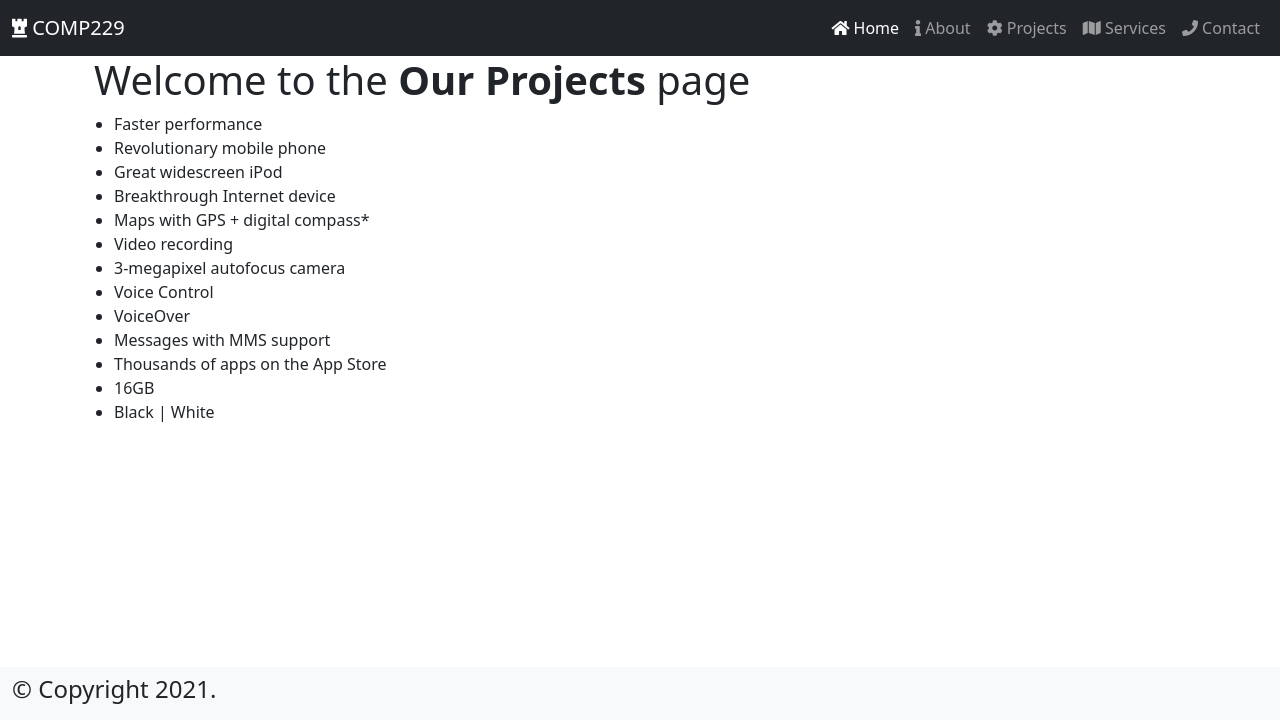
Repository: RevathyJK/Portfolio
Page: http://localhost/projects
These files come from the project's save history. The page is drawn as it stood at one moment and after the next save; the edit follows.
The browser window is 1280 px wide. The pictures show the whole page.
The page is served by the project's Node server (server.js).

Above is the page before, as saved 2021-09-27 23:08:30.

After the next save:
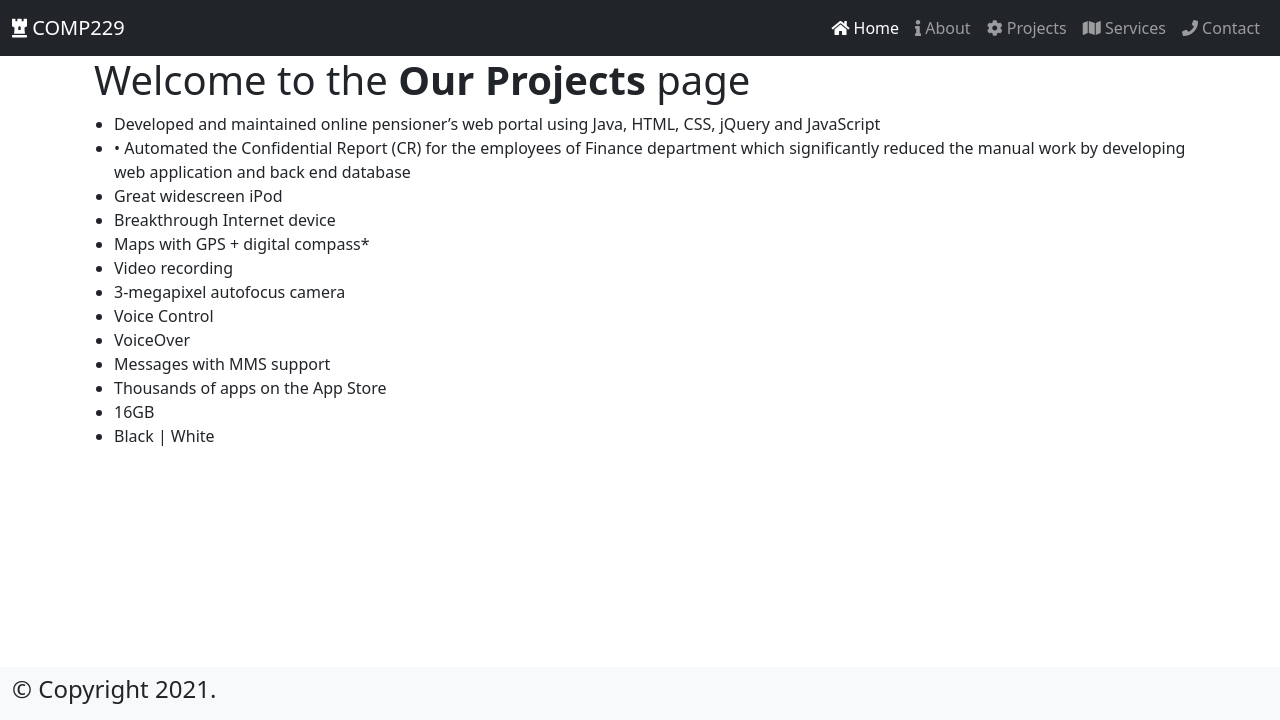
Saved 61 s later.
--- a/Server/Views/content/projects.ejs
+++ b/Server/Views/content/projects.ejs
@@ -6,8 +6,8 @@
 <tr>
 
         <ul>
-			<li>Faster performance </li>
-			<li>Revolutionary mobile phone </li>
+			<li>Developed and maintained online pensioner’s web portal using Java, HTML, CSS, jQuery and JavaScript </li>
+			<li>•	Automated the Confidential Report (CR) for the employees of Finance department which significantly reduced the manual work by developing web application and back end database  </li>
 			<li>Great widescreen iPod </li>
 			<li>Breakthrough Internet device </li>
 			<li>Maps with GPS + digital compass* </li>
